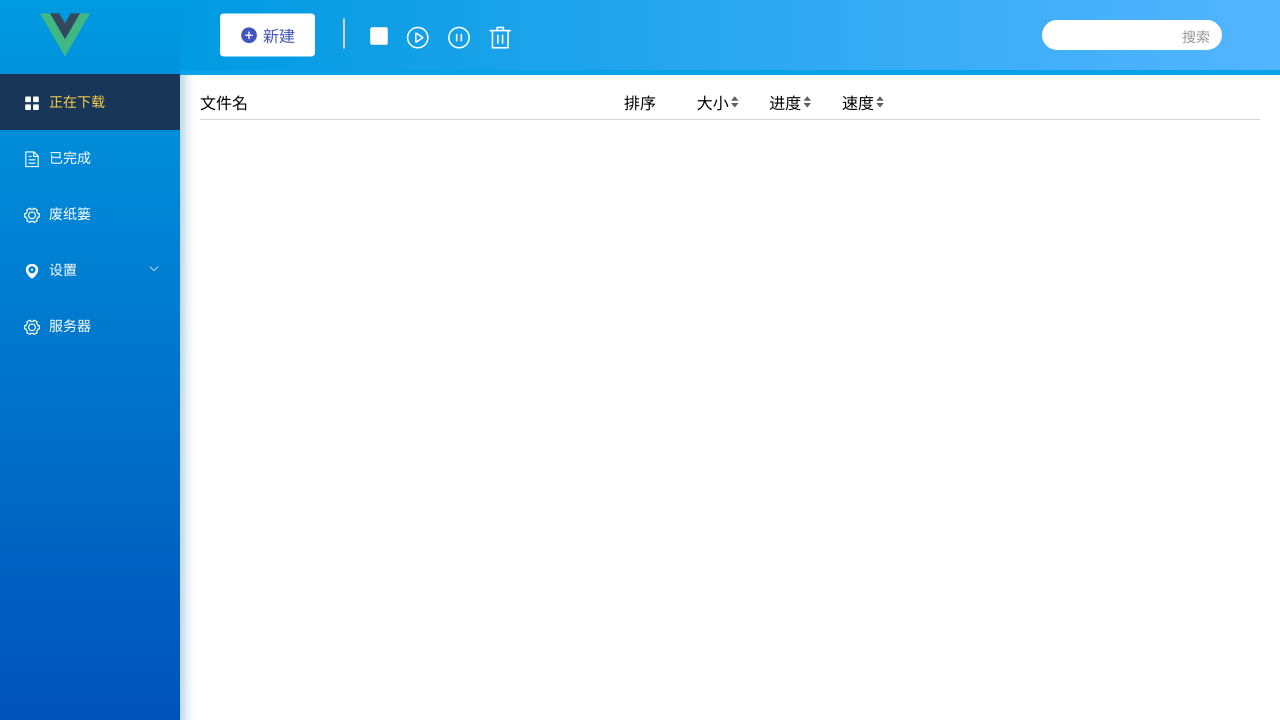
Repository: Ahui-qn/Aria2
Page: /
These files come from the project's save history. The page is drawn as it stood at one moment and after the next save; the edit follows.
The browser window is 1280 px wide. The pictures show the whole page.
The page's requests for data from a server got no answer. The project was rebuilt for these pictures with package versions that can differ from the ones it lists, and the page was loaded fresh each time. No one was signed in, and anything a server would have sent is missing. Also part of the build but not shown: src/components/Tables.vue.

Above is the page before, as saved 2021-11-03 11:32:23.

After the next save:
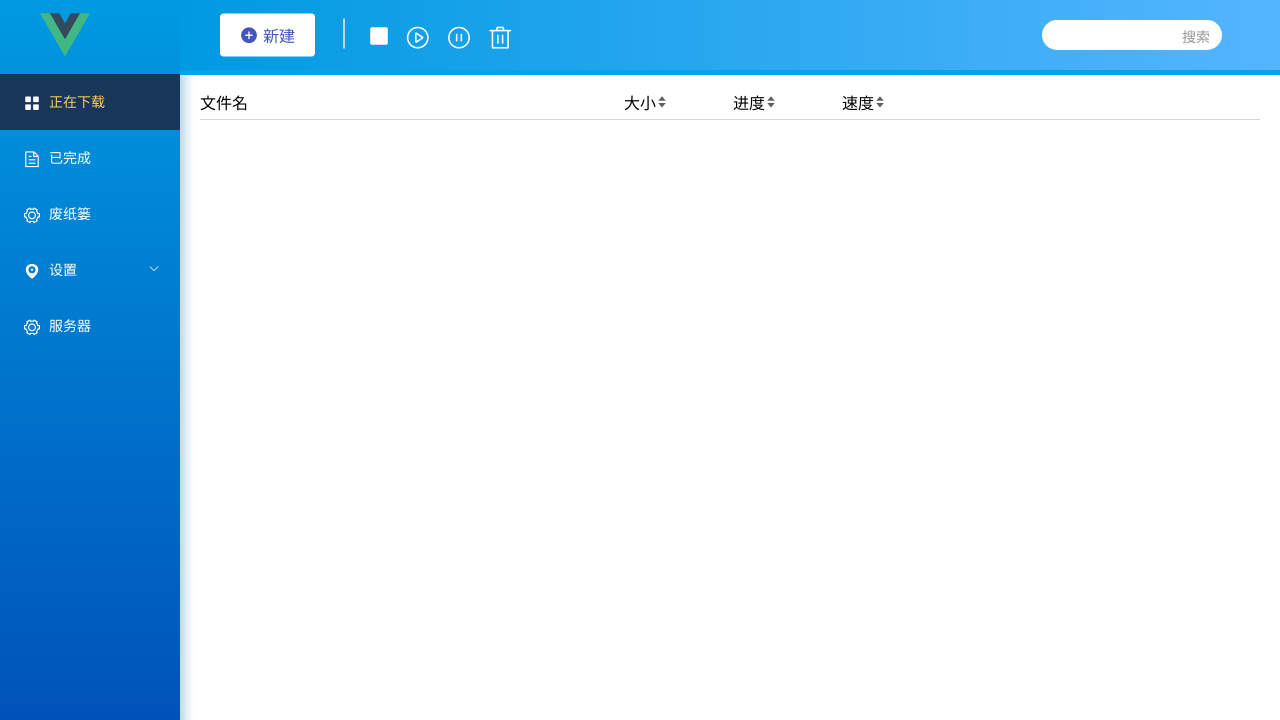
Saved 12 s later.
--- a/src/components/Header.vue
+++ b/src/components/Header.vue
@@ -34,7 +34,6 @@
         <header class="classify">
             <span>文件名</span>
             <div class="container">
-                <p>排序</p>
                 <div>
                     <span>大小</span>
                     <i class="el-icon-caret-top"></i>
